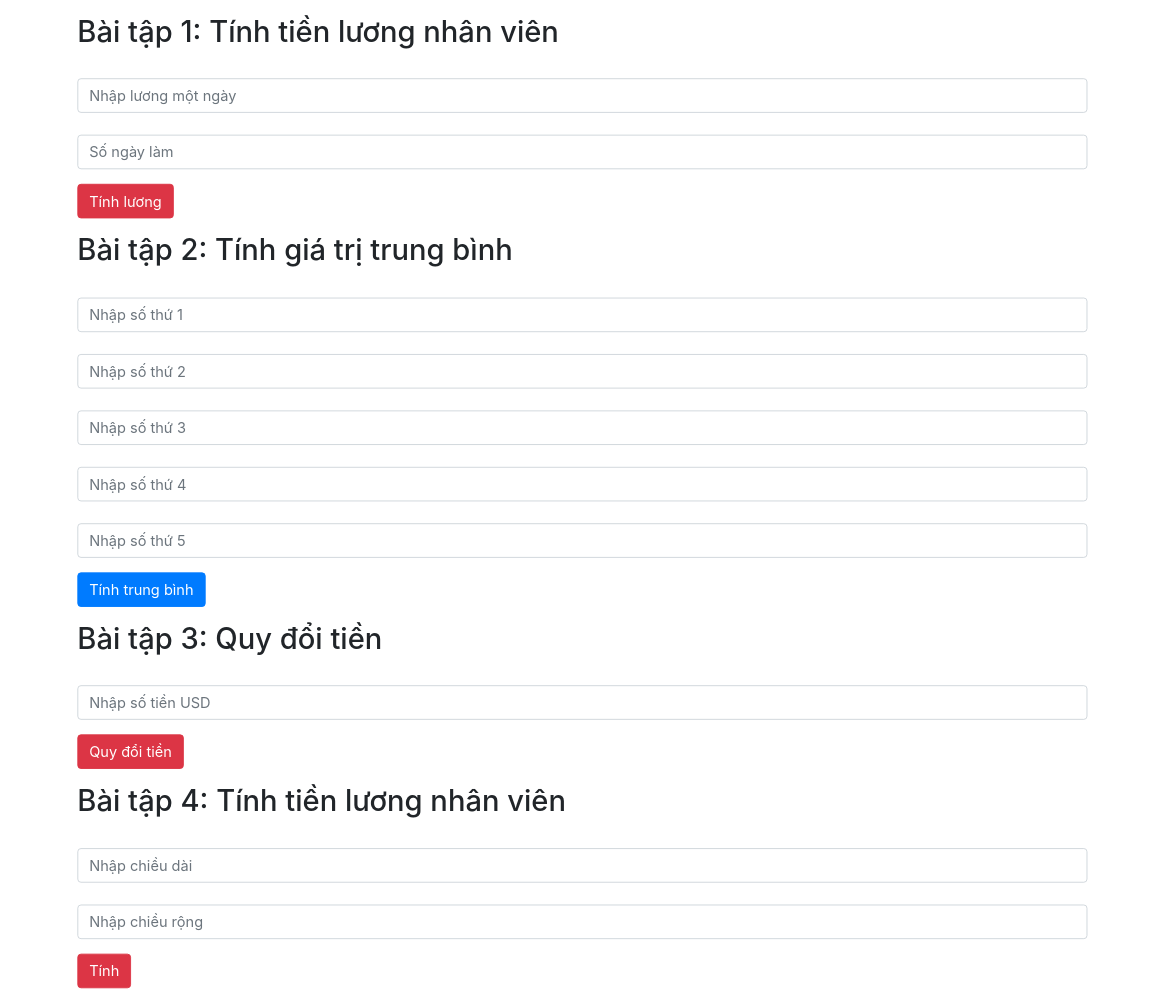
Repository: thanhfrankie/BC10-LeMinhThanh-Js-b2-3
Page: index.html
The author's editor kept a copy of each file at every save. The page is drawn from the files as they stood at one save, then again after the next save.
The browser window is 1280 px wide. The pictures show the whole page, at 91% of full size.

Above is the page before, as saved 2023-12-15 15:52:57.

After the next save:
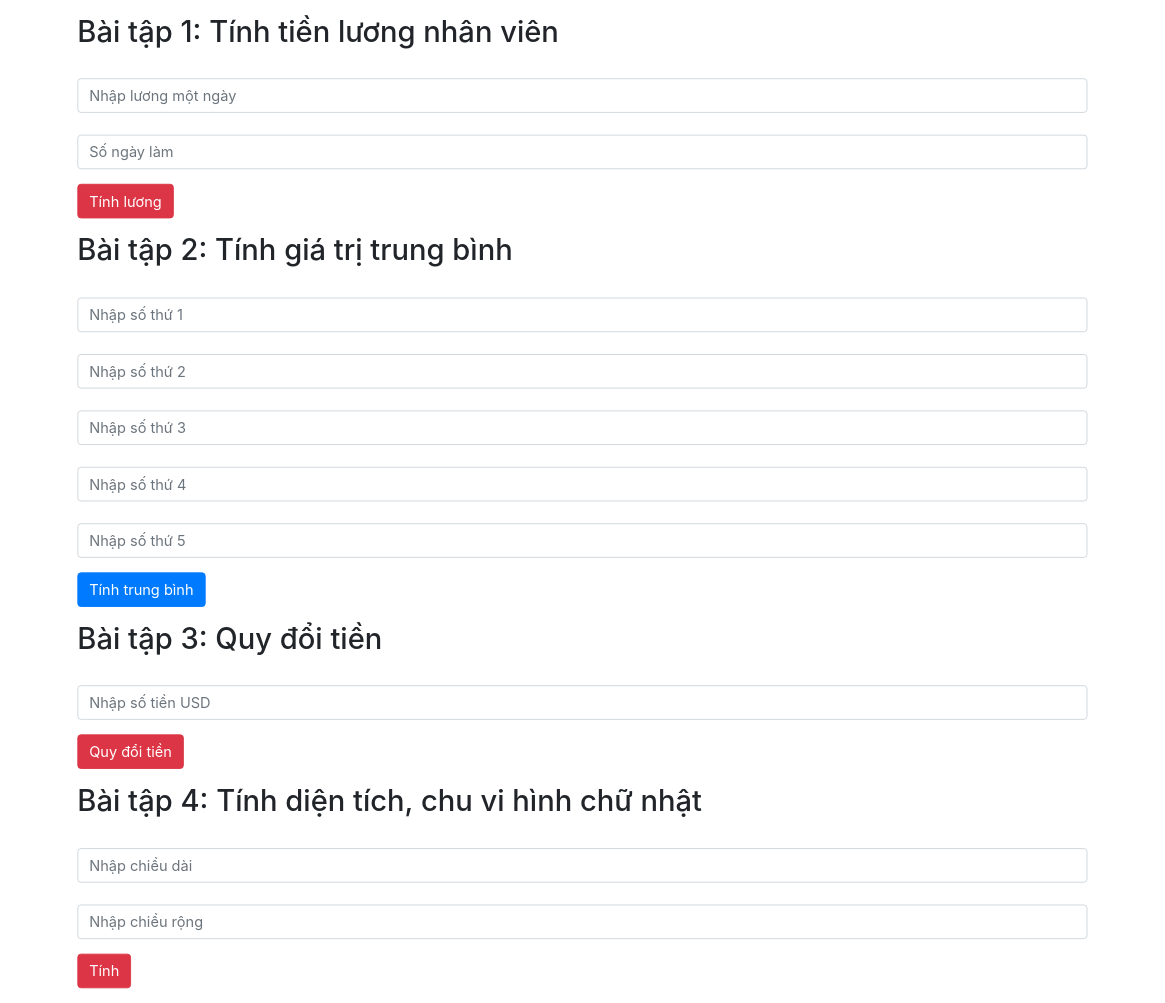
Saved 10 s later.
--- a/index.html
+++ b/index.html
@@ -132,7 +132,7 @@
 
     <!-- Bài tập 4 -->
     <div class="container">
-      <h2 class="mt-3">Bài tập 4: Tính tiền lương nhân viên</h2>
+      <h2 class="mt-3">Bài tập 4: Tính diện tích, chu vi hình chữ nhật</h2>
       <div class="form-group">
         <label for="luong-mot-ngay"></label>
         <input
